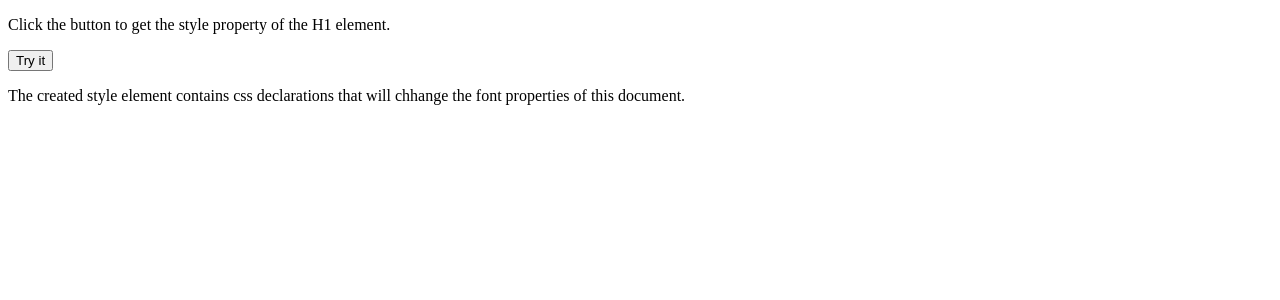
Repository: neem693/workspace
Page: studyhtml5/WebContent/ch05/practice_dom/practice_40.html
These files come from the project's save history. The page is drawn as it stood at one moment and after the next save; the edit follows.
The browser window is 1280 px wide. The pictures show the whole page.

Above is the page before, as saved 2018-03-17 07:20:36.

After the next save:
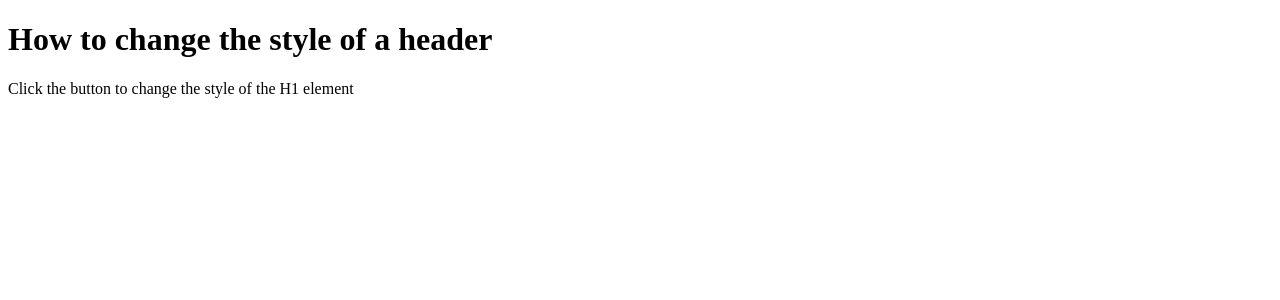
Saved 5 h 5 min later.
--- a/studyhtml5/WebContent/ch05/practice_dom/practice_40.html
+++ b/studyhtml5/WebContent/ch05/practice_dom/practice_40.html
@@ -11,22 +11,9 @@
 </head>
 <body>
 
-	<p>Click the button to get the style property of the H1
-		element.</p>
+<h1 id = "myH1">How to change the style of a header</h1>
 
-	<button onclick="myFunction()">Try it</button>
-
-	<p>The created style element contains css declarations
-		that will chhange the font properties of this document.</p>
-
-	<script>
-        function myFunction() {
-            var x = document.createElement("STYLE");
-            var t = document.createTextNode("body {font:20px verdana;}");
-            x.appendChild(t);
-            document.head.appendChild(x);
-        }
-    </script>
+<p>Click the button to change the style of the H1 element</p>
 
 
 </body>
